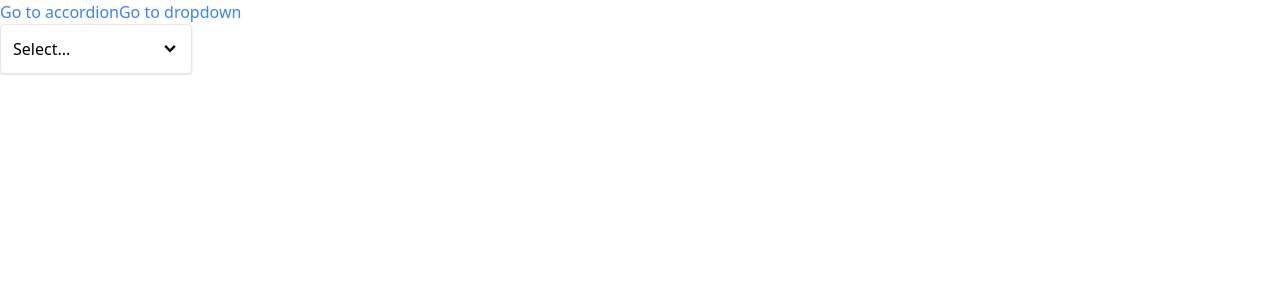
Repository: stavan30/components
Page: /
An editor plug-in stored every save of this project. The page is shown before and after the next save, followed by the edit.
The browser window is 1280 px wide. The pictures show the whole page.
The project was rebuilt for these pictures with package versions that can differ from the ones it lists, and the page was loaded fresh each time. Also part of the build but not shown: src/components/Accordion.js, src/pages/AccordionPage.js.

Above is the page before, as saved 2024-03-19 01:15:08.

After the next save:
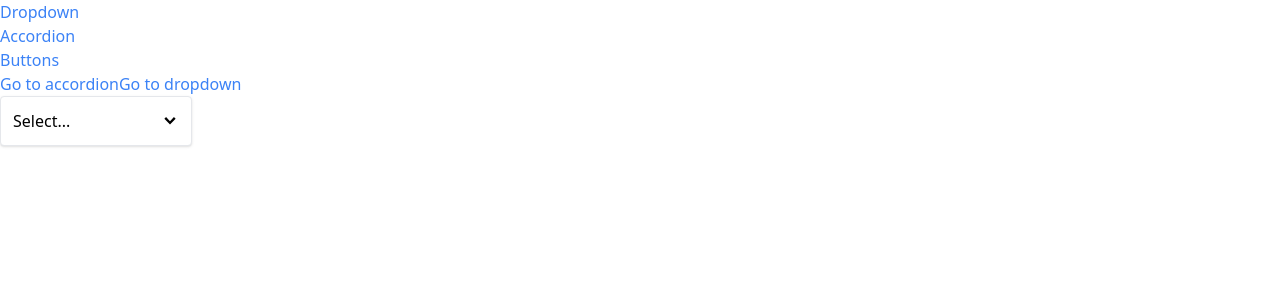
Saved 8 s later.
--- a/src/App.js
+++ b/src/App.js
@@ -1,4 +1,4 @@
-import Sidebar from './components/SideBar'
+import Sidebar from './components/Sidebar'
 import Link from './components/Link'
 import Route from './components/Route'
 import AccordionPage from './pages/AccordionPage'
